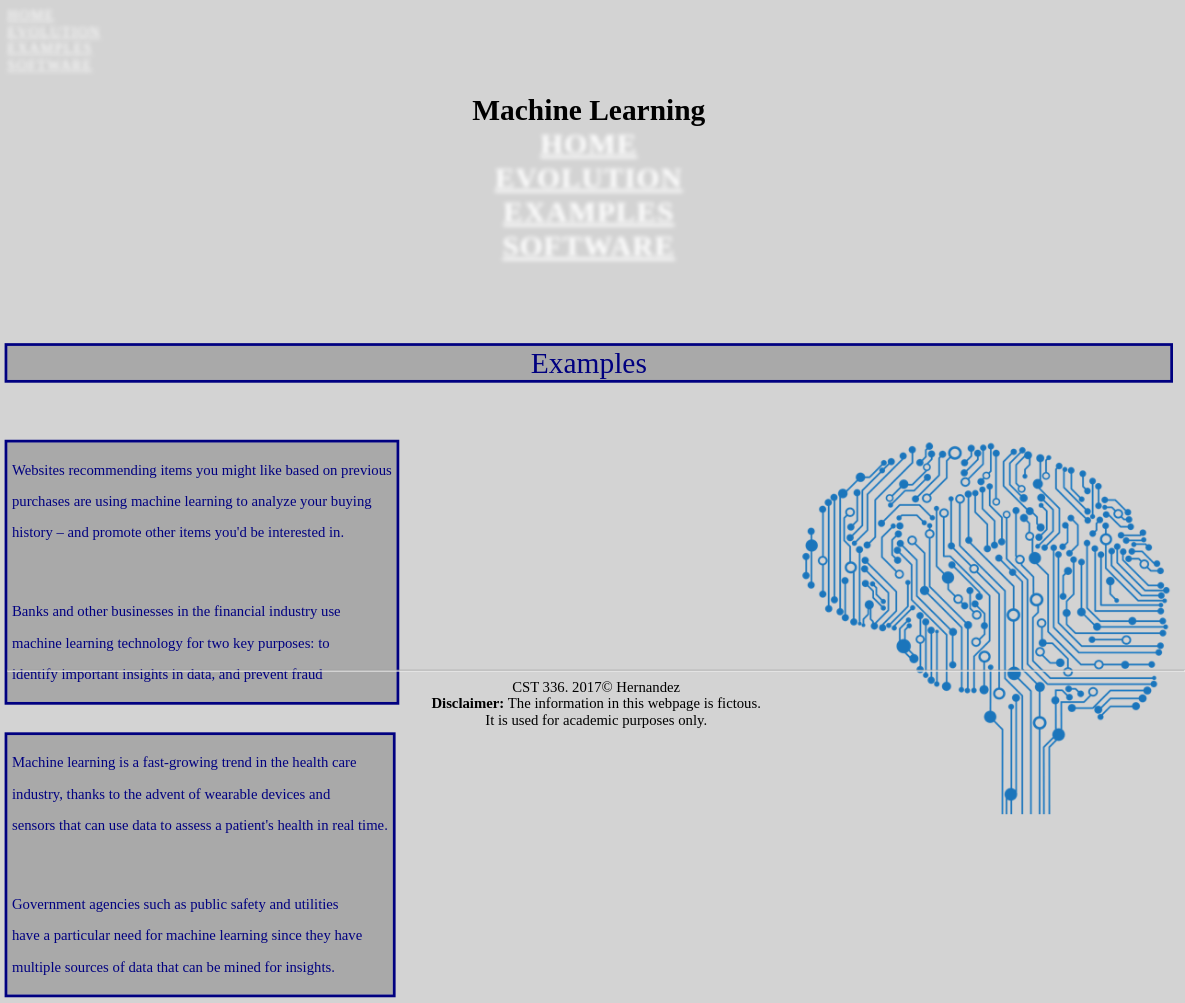
Repository: TheRealCisco/f2017CST336
Page: Homework/examples.html
The author's editor kept a record of every edit. The page is drawn from the files as they stood at one moment, then again after the next edit.
The browser window is 1280 px wide. The page is 1288 px wide, so the pictures cover 1288 px, including what lies to the right of the window. The pictures show the whole page, at 92% of full size.

Above is the page before.

### Homework/examples.html
<!DOCTYPE html>
<html>

    <head>

        <meta charset="utf-8"/>
        <title>
           Machine Learning
        </title>
        <link href="css/style.css" rel="stylesheet" type="text/css" />
        <link href="https://fonts.googleapis.com/css?family=Pacifico" rel="stylesheet">
    </head>
                <ul class="bmenu">
	                <li><a href="index.html">Home</a></li>
	                <li><a href="evolution.html">Evolution</a></li>
	                <li><a href="examples.html">Examples</a></li>
	                <li><a href="software.html">Software</a></li>
                </ul>
    <body>
        <header>
            <h1>
                Machine Learning
                <ul class="bmenu">
	                <li><a href="index.html">Home</a></li>
	                <li><a href="evolution.html">Evolution</a></li>
	                <li><a href="examples.html">Examples</a></li>
	                <li><a href="software.html">Software</a></li>
                </ul>
            </h1>
        </header>

        <br /><br />

        <main>
            <div id="et">
                <p>
                Examples
                </p>
            </div>
            <br></br>
            <div id="imm">
                <img src="images/imm.png" alt="brain"/>
            </div>
           <div id="exampleText">

                <p>
                    Websites recommending items you might like based on previous
                </p>
                <p>
                    purchases are using machine learning to analyze your buying
                </p>
                <p>
                    history – and promote other items you'd be interested in.
                </p>
                <br></br>
                <p>
                   Banks and other businesses in the financial industry use
                </p>
                <p>
                    machine learning technology for two key purposes: to
                </p>
                <p>
                    identify important insights in data, and prevent fraud
                </p>
            </div>
            <br></br>

            <div id="exampleText2">
                <p>
                   Machine learning is a fast-growing trend in the health care
                </p>
                <p>
                    industry, thanks to the advent of wearable devices and
                </p>
                <p>
                    sensors that can use data to assess a patient's health in real time.
                </p>
                <br></br>
                <p>
                  Government agencies such as public safety and utilities
                </p>
                <p>
                   have a particular need for machine learning since they have
                </p>
                <p>
                    multiple sources of data that can be mined for insights.
                </p>

            </div>
        </main>




    </body>
        <footer>
            <hr>
            CST 336. 2017&copy; Hernandez <br />
            <strong>
                Disclaimer:
            </strong>
            The information in this webpage is fictous.
            <br />
            It is used for academic purposes only.


        </footer>

</html>

### Homework/css/style.css
body{
    background-color:lightgrey;


}

header,main,nav,footer{
    text-align:center;
    color:black;


}
main{

    text-align:center;
}
#mainText{
    color:navy;
    font-size:2em;
    text-align:left;
    display:table-cell;
    padding: 5px;
    outline-style: solid;
    outline-color: navy;
    background-color:darkgrey;
}
#robot{
    float:right;
}
#evoText{
    color:navy;
    font-size:1.5em;
    text-align:left;
    display: table-cell;
    padding: 5px;
    outline-style: solid;
    outline-color: navy;
    background-color:darkgrey;
}
#et{
    color:navy;
    font-family: Satisfy, cursive;
    font-weight:normal;

    font-size: 2em;
    padding:0px;
    outline-style: solid;
    outline-color: navy;
    background-color:darkgrey;

}
#exampleText{
    color:navy;
    text-align:left;
    font-size:1em;
    display: table-cell;
    padding: 5px;
    outline-style: solid;
    outline-color: navy;
    background-color:darkgrey;

}
#exampleText2{
    text-align: left;
    font-size:1em;
    color:navy;
    display: table-cell;
    padding: 5px;
    outline-style: solid;
    outline-color: navy;
    background-color:darkgrey;

}
.bmenu{
    padding: 0px;
    margin: 0 0 10px 0;
    position: relative;
}
.bmenu li{
    font-size: 1.0em;
    display: block;
}
.bmenu li a{
	color: transparent;
	display: block;
	text-transform: uppercase;
	text-shadow: 0px 0px 5px #fff;
	letter-spacing: 1px;
	-webkit-transition: all 0.3s ease-in-out;
	-moz-transition: all 0.3s ease-in-out;
	-o-transition: all 0.3s ease-in-out;
	-ms-transition: all 0.3s ease-in-out;
	transition: all 0.3s ease-in-out;
}

.bmenu li a:hover{
	color: #fff;
	text-shadow: 0px 0px 1px #fff;
	padding-left: 10px;
}
.bmenu li a:hover{
	background: transparent;
	text-shadow: 1px 1px 10px rgba(89,22,20,0.6);
	color: #581514;
}
footer{
 position:absolute;
   bottom:0;
   width:100%;
   height:0px;
}
#softwareText{
    color:navy;
    font-size:1.5em;
    text-align:left;
    display: table-cell;
    padding: 5px;
    outline-style: solid;
    outline-color: navy;
    background-color:darkgrey;
}
#softwareText2{
    color:navy;
    font-size:1.5em;
    text-align:left;
    display: table-cell;
    padding: 5px;
    outline-style: solid;
    outline-color: navy;
    background-color:darkgrey;
}
#ims{
    float:right;
    padding-right: 60px;
}
#imd{
    float:right;
    padding-right: 60px;
}
#imo{
    float:right;
    padding-right: 60px;
}
#img{
float:right;

}
#imm{
    float:right;
}

After the next edit:
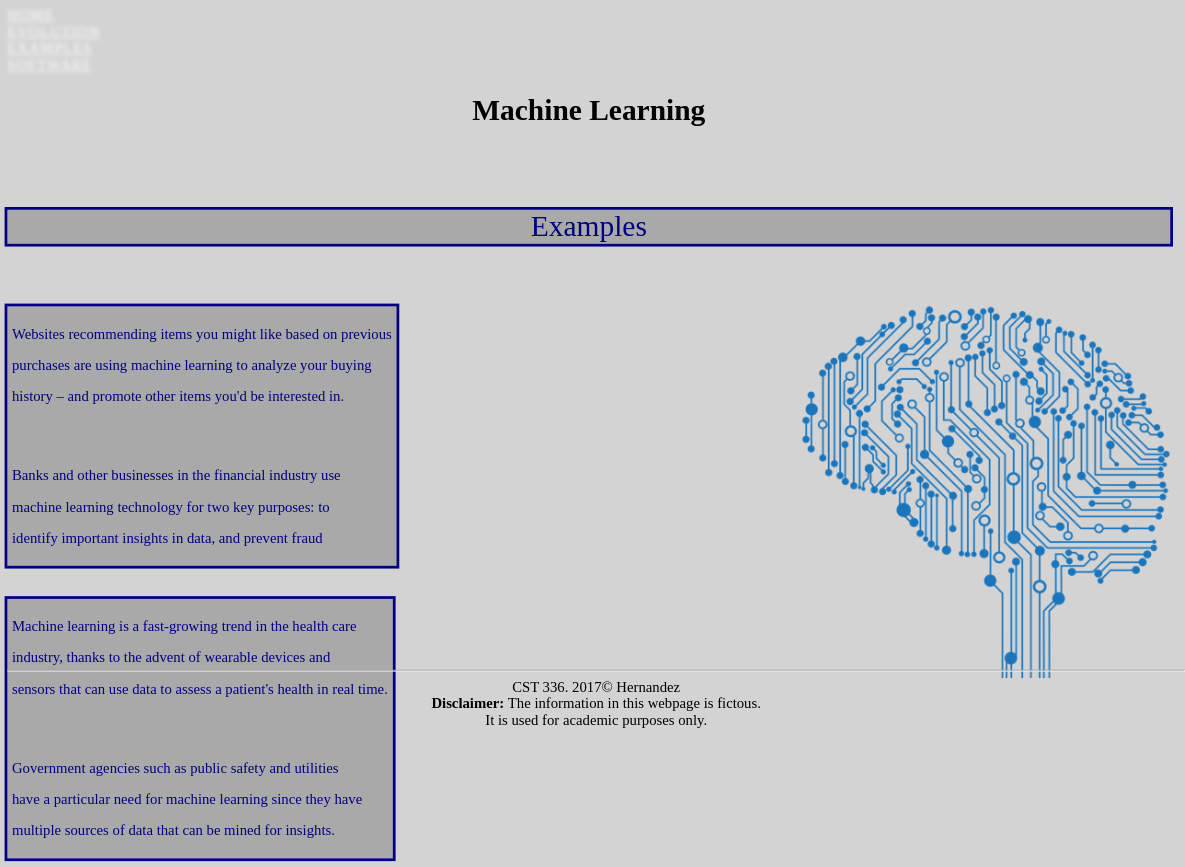
The edit:
--- a/Homework/examples.html
+++ b/Homework/examples.html
@@ -20,12 +20,7 @@
         <header>
             <h1>
                 Machine Learning
-                <ul class="bmenu">
-	                <li><a href="index.html">Home</a></li>
-	                <li><a href="evolution.html">Evolution</a></li>
-	                <li><a href="examples.html">Examples</a></li>
-	                <li><a href="software.html">Software</a></li>
-                </ul>
+
             </h1>
         </header>
 
